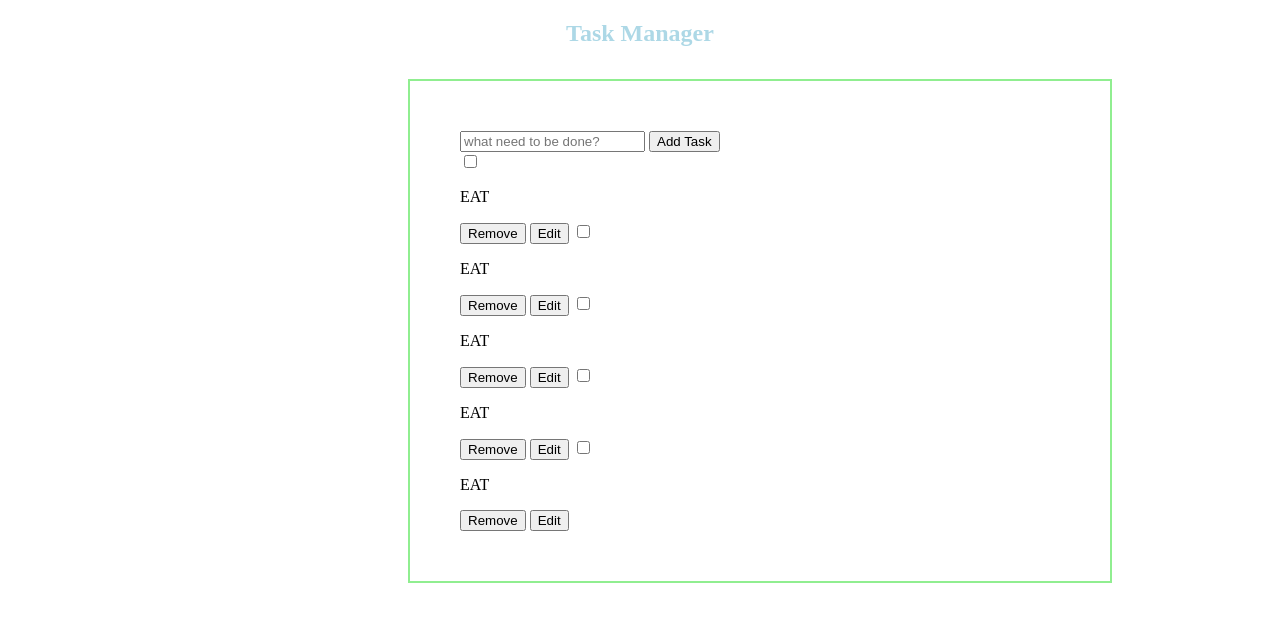
Repository: sristigupta04/basic-js-project
Page: todo app/title.html
An editor plug-in stored every save of this project. The page is shown before and after the next save, followed by the edit.
The browser window is 1280 px wide. The pictures show the whole page.

Above is the page before, as saved 2025-10-28 18:56:46.

After the next save:
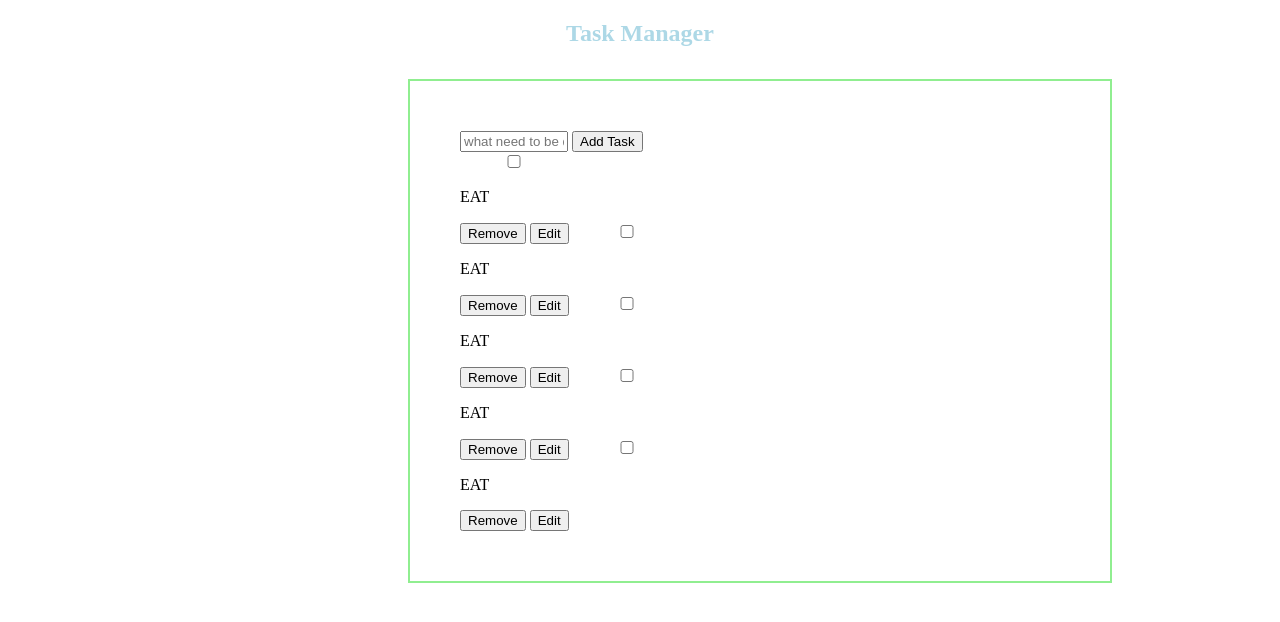
Saved 2 min 34 s later.
--- a/todo app/title.css
+++ b/todo app/title.css
@@ -18,5 +18,8 @@ display: flex;
  height: auto;
  margin-left: 400px;
  margin-top: 2rem;
- padding: 50px;;
+ padding: 50px;
 }
+.contain input{
+    width:100px;
+}
